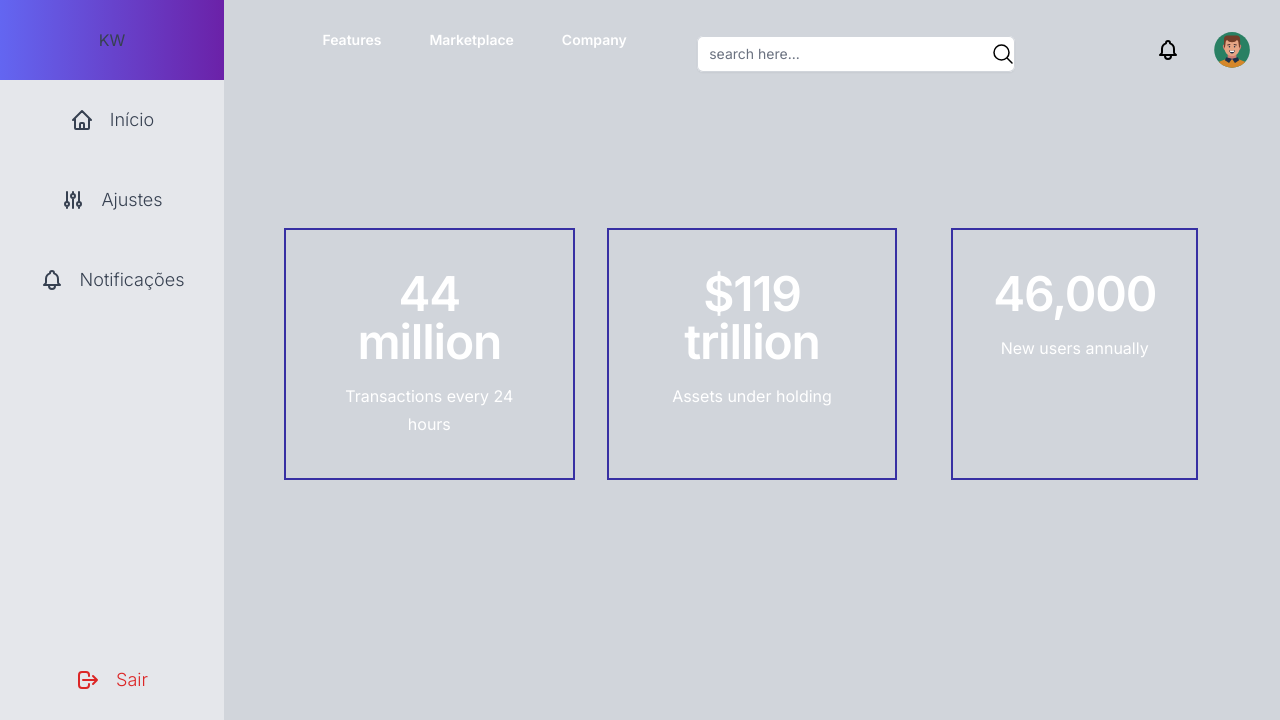
Repository: KennedyWanderson/AdminDashboard
Page: / (app in Code/admindashboard/)
These files come from the project's save history. The page is drawn as it stood at one moment and after a run of saves; the edit follows.
The browser window is 1280 px wide. The pictures show the whole page.
The project was rebuilt for these pictures with package versions that can differ from the ones it lists, and the page was loaded fresh each time. The framework's server and built-in components were replaced by stand-ins that run in the browser. Also part of the build but not shown: Code/admindashboard/next.config.mjs.

Above is the page before, as saved 2024-06-23 15:36:35.

### Code/admindashboard/src/app/layout.js
import { Inter } from "next/font/google";
import "./globals.css";

const inter = Inter({ subsets: ["latin"] });

export const metadata = {
  title: "Admin Dashboard",
  description: "Generated by Kennedy Wanderson",
};

export default function RootLayout({ children }) {
  return (
    <html lang="en">
      <body className={inter.className}>{children}</body>
    </html>
  );
}

### Code/admindashboard/src/app/page.js
import Layout from "@/components/Layout";

export default function Home() {
  return (
    <Layout>
      Content
    </Layout>
  )
}

### Code/admindashboard/src/components/Layout.jsx
"use client";

import { useState } from "react";
import Content from "./Content";
import Header from "./Header";
import LateralMenu from "./LateralMenu";
import HomePage from "./Home";


export default function Layout() {
    const [activeComponent, setActiveComponent] = useState("HomePage");

    const renderActiveComponent = () => {
        switch (activeComponent) {
            case "HomePage":
                return <HomePage />;
            default:
                return <HomePage />;
        }
    };

    return (
        <div className={`flex h-screen w-screen`}>
            <LateralMenu setActiveComponent={setActiveComponent} />
            <div className={`
                flex flex-col w-full p-7
                bg-gray-300 dark:bg-gray-800
            `}>
                <Header />
                <Content>
                    {renderActiveComponent()}
                </Content>
            </div>
        </div>
    );
}

### Code/admindashboard/src/components/Content.jsx
export default function Content({ children }) {
    return (
        <div className={`
            flex flex-col mt-7
            dark:text-gray-200
        `}>
            {children}
        </div>
    );
}

### Code/admindashboard/src/components/Header.jsx
import AvatarUsuario from "./UserAvatar";
import { IconeSearch, IconeSino } from "./icons";

export default function Header({ titulo, subtitulo }) {


    return (
        <div className={`flex`}>
            <div>
                <h1 className={`
                font-black text-3xl
                text-gray-900 dark:text-gray-100
            `}>
                    {titulo}
                </h1>
                <h2 className={`
                font-light text-sm
                dark:text-gray-300
            `}>
                    {subtitulo}
                </h2>
            </div>
            <header className="flex flex-grow justify-center text-white">
                <nav className=" justify-center" aria-label="Global">

                    <div className="hidden lg:flex lg:gap-x-12">

                        <a href="#" className="text-sm font-semibold leading-6 text-white">Features</a>
                        <a href="#" className="text-sm font-semibold leading-6 text-white">Marketplace</a>
                        <a href="#" className="text-sm font-semibold leading-6 text-white">Company</a>
                    </div>


                </nav>

            </header>
            <div>
                <div className="relative mt-2 rounded-md shadow-sm">
                    <div className="pointer-events-none absolute inset-y-0 left-0 flex items-center pl-3">
                        <span className="text-gray-500 sm:text-sm">search here...</span>
                    </div>
                    <input type="text" name="search" id="search" className="block w-full rounded-md border-0 py-1.5 pl-7 pr-20 text-gray-900 ring-1 ring-inset ring-gray-300 placeholder:text-gray-400 focus:ring-2 focus:ring-inset focus:ring-indigo-600 sm:text-sm sm:leading-6" />
                    <div className="absolute inset-y-0 right-0 flex items-center">
                        {IconeSearch}
                    </div>
                </div>
            </div>

            <div className={`flex flex-grow justify-end items-center gap-8`}>

                {IconeSino}
                <AvatarUsuario />
            </div>
        </div>
    )
}

### Code/admindashboard/src/components/LateralMenu.jsx
"use client";

import MenuItem from "./ItemMenu";
import { IconeAjustes, IconeCasa, IconeSair, IconeSino } from "./icons";

export default function LateralMenu({ setActiveComponent }) {
    return (
        <aside className={`
            flex flex-col items-center
            bg-gray-200 text-gray-700
            dark:bg-gray-900
        `}>
            <div className={`
                flex flex-col items-center justify-center
                bg-gradient-to-r from-indigo-500 to-purple-800
                h-20 w-56
            `}>
                KW
            </div>
            <ul className="flex-grow">
                <MenuItem
                    texto="Início"
                    icone={IconeCasa}
                    onClick={() => setActiveComponent('HomePage')}
                />
                <MenuItem
                    texto="Ajustes"
                    icone={IconeAjustes}
                    onClick={() => setActiveComponent('Ajustes')}
                />
                <MenuItem
                    texto="Notificações"
                    icone={IconeSino}
                    onClick={() => setActiveComponent('Notificacoes')}
                />
            </ul>
            <ul>
                <MenuItem
                    texto="Sair"
                    icone={IconeSair}
                    className={`
                        text-red-600 dark:text-red-400
                        hover:bg-red-400 hover:text-white
                        dark:hover:text-white
                    `}
                />
            </ul>
        </aside>
    );
}

### Code/admindashboard/src/components/Home.jsx


export default function HomePage() {
    return (
        <div class=" py-24 sm:py-32">
            <div class="mx-auto max-w-7xl px-6 lg:px-8">
                <dl class="grid grid-cols-1 gap-x-8 gap-y-16 text-center lg:grid-cols-3">
                    <div class="mx-auto flex max-w-xs flex-col border-2 p-10 border-indigo-800 gap-y-4">
                        <dt class="text-base leading-7 text-white">Transactions every 24 hours</dt>
                        <dd class="order-first text-3xl font-semibold tracking-tight text-white sm:text-5xl">44 million</dd>
                    </div>
                    <div class="mx-auto flex max-w-xs flex-col border-2 p-10 border-indigo-800 gap-y-4">
                        <dt class="text-base leading-7 text-white">Assets under holding</dt>
                        <dd class="order-first text-3xl font-semibold tracking-tight text-white sm:text-5xl">$119 trillion</dd>
                    </div>
                    <div class="mx-auto flex max-w-xs flex-col border-2 p-10 border-indigo-800 gap-y-4">
                        <dt class="text-base leading-7 text-white">New users annually</dt>
                        <dd class="order-first text-3xl font-semibold tracking-tight text-white sm:text-5xl">46,000</dd>
                    </div>
                </dl>
            </div>
        </div>
    )
}

### Code/admindashboard/src/components/UserAvatar.jsx


export default function AvatarUsuario({className}) {
    return (
            <img
                src={'/images/avatar.svg'}
                alt="Avatar do Usuário"
                className={`
                    h-10 w-10 rounded-full cursor-pointer
                    ${className}
                `}
            />

    )
}

### Code/admindashboard/src/components/icons/index.jsx
// Pra mais icones acessar... https://heroicons.com/

export const IconeSearch = (
    <svg xmlns="http://www.w3.org/2000/svg" fill="none" viewBox="0 0 24 24" strokeWidth={1.5} stroke="currentColor" className="size-6">
  <path strokeLinecap="round" strokeLinejoin="round" d="m21 21-5.197-5.197m0 0A7.5 7.5 0 1 0 5.196 5.196a7.5 7.5 0 0 0 10.607 10.607Z" />
</svg>


)

export const IconeCasa = (
    <svg xmlns="http://www.w3.org/2000/svg" className="h-6 w-6" fill="none" viewBox="0 0 24 24" stroke="currentColor">
        <path strokeLinecap="round" strokeLinejoin="round" strokeWidth={2} d="M3 12l2-2m0 0l7-7 7 7M5 10v10a1 1 0 001 1h3m10-11l2 2m-2-2v10a1 1 0 01-1 1h-3m-6 0a1 1 0 001-1v-4a1 1 0 011-1h2a1 1 0 011 1v4a1 1 0 001 1m-6 0h6" />
    </svg>
)

export const IconeAjustes = (
    <svg xmlns="http://www.w3.org/2000/svg" className="h-6 w-6" fill="none" viewBox="0 0 24 24" stroke="currentColor">
        <path strokeLinecap="round" strokeLinejoin="round" strokeWidth={2} d="M12 6V4m0 2a2 2 0 100 4m0-4a2 2 0 110 4m-6 8a2 2 0 100-4m0 4a2 2 0 110-4m0 4v2m0-6V4m6 6v10m6-2a2 2 0 100-4m0 4a2 2 0 110-4m0 4v2m0-6V4" />
    </svg>
)

export const IconeSino = (
    <svg xmlns="http://www.w3.org/2000/svg" className="h-6 w-6" fill="none" viewBox="0 0 24 24" stroke="currentColor">
        <path strokeLinecap="round" strokeLinejoin="round" strokeWidth={2} d="M15 17h5l-1.405-1.405A2.032 2.032 0 0118 14.158V11a6.002 6.002 0 00-4-5.659V5a2 2 0 10-4 0v.341C7.67 6.165 6 8.388 6 11v3.159c0 .538-.214 1.055-.595 1.436L4 17h5m6 0v1a3 3 0 11-6 0v-1m6 0H9" />
    </svg>
)

export const IconeSair = (
    <svg xmlns="http://www.w3.org/2000/svg" className="h-6 w-6" fill="none" viewBox="0 0 24 24" stroke="currentColor">
        <path strokeLinecap="round" strokeLinejoin="round" strokeWidth={2} d="M17 16l4-4m0 0l-4-4m4 4H7m6 4v1a3 3 0 01-3 3H6a3 3 0 01-3-3V7a3 3 0 013-3h4a3 3 0 013 3v1" />
    </svg>
)

export const IconeSol = (tamanho = 6) => (
    <svg xmlns="http://www.w3.org/2000/svg" className={`h-${tamanho} w-${tamanho}`} fill="none" viewBox="0 0 24 24" stroke="currentColor">
        <path strokeLinecap="round" strokeLinejoin="round" strokeWidth={2} d="M12 3v1m0 16v1m9-9h-1M4 12H3m15.364 6.364l-.707-.707M6.343 6.343l-.707-.707m12.728 0l-.707.707M6.343 17.657l-.707.707M16 12a4 4 0 11-8 0 4 4 0 018 0z" />
    </svg>
)

export const IconeLua = (tamanho = 6) => (
    <svg xmlns="http://www.w3.org/2000/svg" className={`h-${tamanho} w-${tamanho}`} fill="none" viewBox="0 0 24 24" stroke="currentColor">
        <path strokeLinecap="round" strokeLinejoin="round" strokeWidth={2} d="M20.354 15.354A9 9 0 018.646 3.646 9.003 9.003 0 0012 21a9.003 9.003 0 008.354-5.646z" />
    </svg>
)

export const IconeAtencao = (tamanho = 1) => (
    <svg xmlns="http://www.w3.org/2000/svg" className={`h-${tamanho} w-${tamanho}`} fill="none" viewBox="0 0 24 24" stroke="currentColor">
        <path strokeLinecap="round" strokeLinejoin="round" strokeWidth={2} d="M12 9v2m0 4h.01m-6.938 4h13.856c1.54 0 2.502-1.667 1.732-3L13.732 4c-.77-1.333-2.694-1.333-3.464 0L3.34 16c-.77 1.333.192 3 1.732 3z" />
    </svg>
)

### Code/admindashboard/src/components/ItemMenu.jsx

export default function MenuItem({ texto, icone, url, className, onClick }) {
    function renderizarLink() {
        return (
            <div className={`
                flex justify-center items-center
                h-20 w-56 gap-4
                dark:text-gray-200
                ${className}
            `}>
                {icone}
                <span className="text-lg font-light">
                    {texto}
                </span>
            </div>
        );
    }

    return (
        <li
            onClick={onClick}
            className={`
                hover:bg-gray-100 dark:hover:bg-gray-800
                cursor-pointer
            `}
        >
            {url ? (
                <a href={url}>
                    {renderizarLink()}
                </a>
            ) : (
                renderizarLink()
            )}
        </li>
    );
}

Loaded but not shown: Code/admindashboard/src/app/globals.css (common file); Code/admindashboard/tailwind.config.js (common file)

After the next 4 saves:
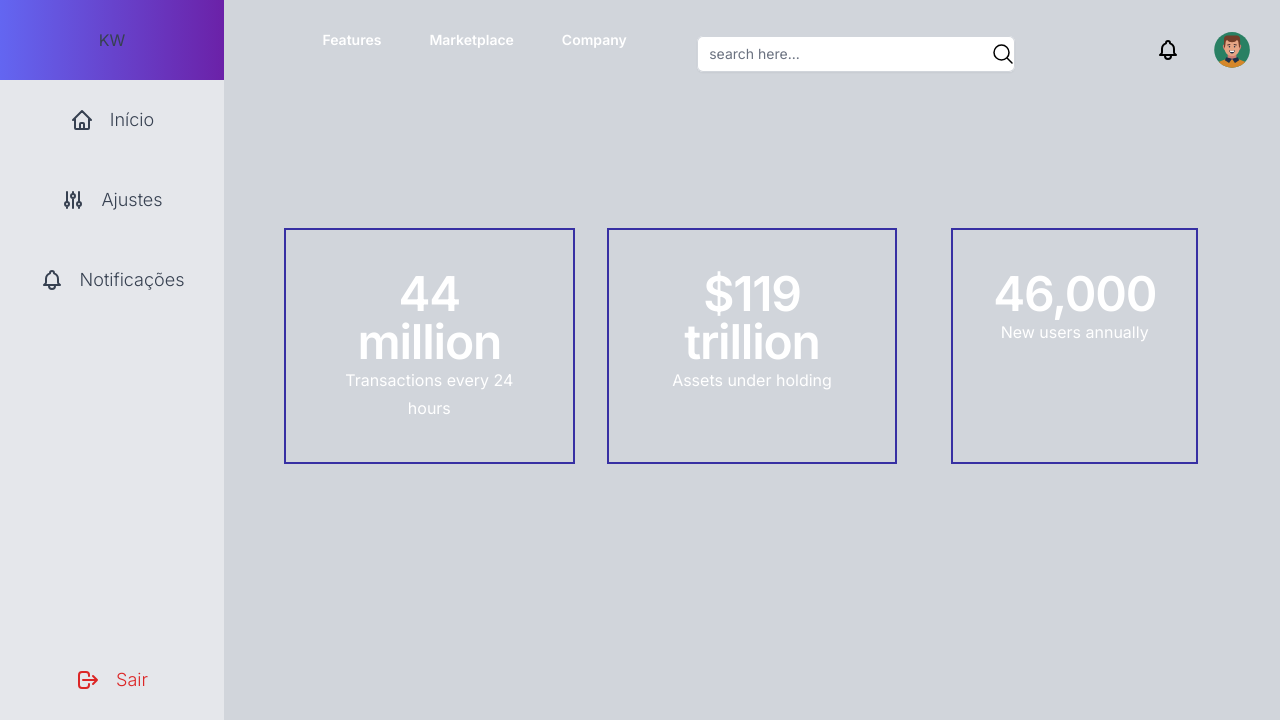
The 4 saves are shown as one change because they came seconds apart.
The last was saved 2 min 41 s later.
--- a/Code/admindashboard/src/components/Home.jsx
+++ b/Code/admindashboard/src/components/Home.jsx
@@ -5,15 +5,15 @@ export default function HomePage() {
         <div class=" py-24 sm:py-32">
             <div class="mx-auto max-w-7xl px-6 lg:px-8">
                 <dl class="grid grid-cols-1 gap-x-8 gap-y-16 text-center lg:grid-cols-3">
-                    <div class="mx-auto flex max-w-xs flex-col border-2 p-10 border-indigo-800 gap-y-4">
+                    <div class="mx-auto flex max-w-xs flex-col border-2 p-10 border-indigo-800 gap-x-4">
                         <dt class="text-base leading-7 text-white">Transactions every 24 hours</dt>
                         <dd class="order-first text-3xl font-semibold tracking-tight text-white sm:text-5xl">44 million</dd>
                     </div>
-                    <div class="mx-auto flex max-w-xs flex-col border-2 p-10 border-indigo-800 gap-y-4">
+                    <div class="mx-auto flex max-w-xs flex-col border-2 p-10 border-indigo-800 gap-x-4">
                         <dt class="text-base leading-7 text-white">Assets under holding</dt>
                         <dd class="order-first text-3xl font-semibold tracking-tight text-white sm:text-5xl">$119 trillion</dd>
                     </div>
-                    <div class="mx-auto flex max-w-xs flex-col border-2 p-10 border-indigo-800 gap-y-4">
+                    <div class="mx-auto flex max-w-xs flex-col border-2 p-10 border-indigo-800 gap-x-4">
                         <dt class="text-base leading-7 text-white">New users annually</dt>
                         <dd class="order-first text-3xl font-semibold tracking-tight text-white sm:text-5xl">46,000</dd>
                     </div>

After the 2 saves that followed:
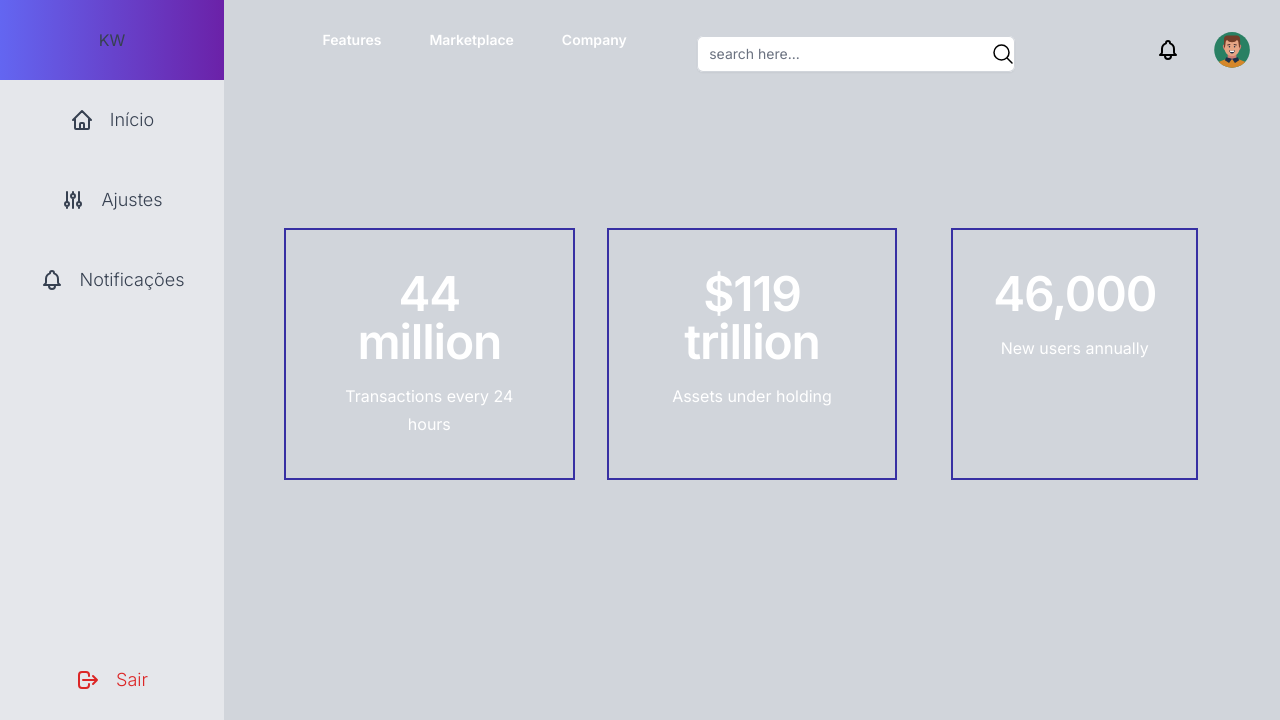
The 2 saves are shown as one change because they came seconds apart.
The last was saved 9 s later.
--- a/Code/admindashboard/src/components/Home.jsx
+++ b/Code/admindashboard/src/components/Home.jsx
@@ -5,15 +5,15 @@ export default function HomePage() {
         <div class=" py-24 sm:py-32">
             <div class="mx-auto max-w-7xl px-6 lg:px-8">
                 <dl class="grid grid-cols-1 gap-x-8 gap-y-16 text-center lg:grid-cols-3">
-                    <div class="mx-auto flex max-w-xs flex-col border-2 p-10 border-indigo-800 gap-x-4">
+                    <div class="mx-auto flex max-w-xs flex-col border-2 p-10 border-indigo-800 gap-y-4">
                         <dt class="text-base leading-7 text-white">Transactions every 24 hours</dt>
                         <dd class="order-first text-3xl font-semibold tracking-tight text-white sm:text-5xl">44 million</dd>
                     </div>
-                    <div class="mx-auto flex max-w-xs flex-col border-2 p-10 border-indigo-800 gap-x-4">
+                    <div class="mx-auto flex max-w-xs flex-col border-2 p-10 border-indigo-800 gap-y-4">
                         <dt class="text-base leading-7 text-white">Assets under holding</dt>
                         <dd class="order-first text-3xl font-semibold tracking-tight text-white sm:text-5xl">$119 trillion</dd>
                     </div>
-                    <div class="mx-auto flex max-w-xs flex-col border-2 p-10 border-indigo-800 gap-x-4">
+                    <div class="mx-auto flex max-w-xs flex-col border-2 p-10 border-indigo-800 gap-y-4">
                         <dt class="text-base leading-7 text-white">New users annually</dt>
                         <dd class="order-first text-3xl font-semibold tracking-tight text-white sm:text-5xl">46,000</dd>
                     </div>
